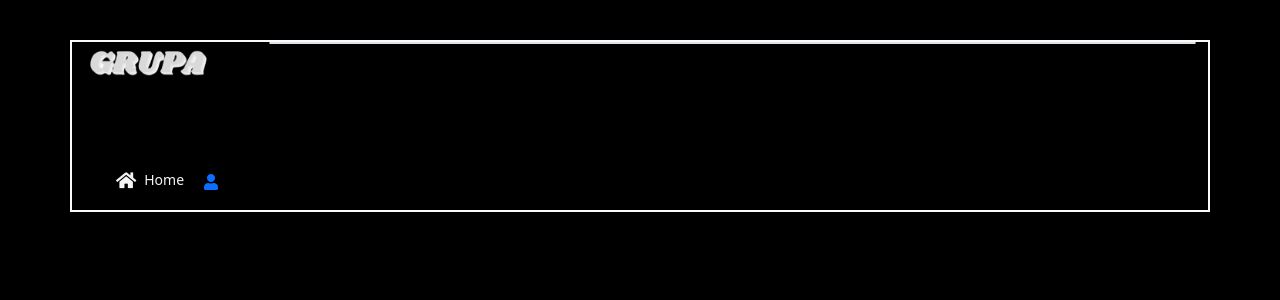
Repository: latenightsnacc/urban-pancake
Page: index.html
These files come from the project's save history. The page is drawn as it stood at one moment and after the next save; the edit follows.
The browser window is 1280 px wide. The pictures show the whole page.
Some web libraries are served in a nearby version.

Above is the page before, as saved 2021-04-30 14:20:46.

### index.html
<!DOCTYPE html>
<html lang="en">
<head>
    <meta charset="UTF-8">
    <meta http-equiv="X-UA-Compatible" content="IE=edge">
    <meta name="viewport" content="width=device-width, initial-scale=1.0">
    <!--Tailwind Css-->
    <link href="https://unpkg.com/tailwindcss@^2/dist/tailwind.min.css" rel="stylesheet">
    <!--Bootstrap CSS-->
    <link href="https://cdn.jsdelivr.net/npm/bootstrap@5.0.0-beta3/dist/css/bootstrap.min.css" rel="stylesheet" integrity="sha384-eOJMYsd53ii+scO/bJGFsiCZc+5NDVN2yr8+0RDqr0Ql0h+rP48ckxlpbzKgwra6" crossorigin="anonymous">
    <!--Font Awesome 5 CDN-->
    <link href="https://cdnjs.cloudflare.com/ajax/libs/font-awesome/5.13.0/css/all.min.css" rel="stylesheet">
    <!--Material Icons-->
    <link href="https://fonts.googleapis.com/css?family=Material+Icons|Material+Icons+Outlined|Material+Icons+Two+Tone|Material+Icons+Round|Material+Icons+Sharp" rel="stylesheet">
    <!--Google Font-->
    <link rel="preconnect" href="https://fonts.gstatic.com">
    <link href="https://fonts.googleapis.com/css2?family=Archivo:wght@400;700&display=swap" rel="stylesheet">
    <title>GRUPA</title>
</head>
<body class="bg-black pt-10">
    <main class="container border-2 border-gray-50">
        <div class="w-full flex flex-row">
            <div class="w-1/6">
                <a href="index.html">
                    <div class="h-32 w-32">
                        <img class="w-full" src="./assets/logo/LOGO-shadow.png" >
                    </div>
                </a>
                <ul class="flex flex-row">
                    <li class="mr-5">
                        <a href="index.html" class="flex flex-row items-center text-lg text-gray-100 no-underline">
                            <i class="fas fa-home"></i>
                            <span class="ml-2 hidden md:block capitalize text-sm">home</span>
                        </a>
                    </li>
                    <li>
                        <a href="#">
                            <i class="fas fa-user"></i>
                        </a>
                    </li>
                </ul>
            </div>
            <div class="w-5/6">
            <div class="border rounded-lg">
                <img src="" alt="">
            </div>
            </div>
        </div>
    </main>

    <!--bootstrap JS-->
    <script src="https://cdn.jsdelivr.net/npm/bootstrap@5.0.0-beta3/dist/js/bootstrap.bundle.min.js" integrity="sha384-JEW9xMcG8R+pH31jmWH6WWP0WintQrMb4s7ZOdauHnUtxwoG2vI5DkLtS3qm9Ekf" crossorigin="anonymous"></script>
</body>
</html>

After the next save:
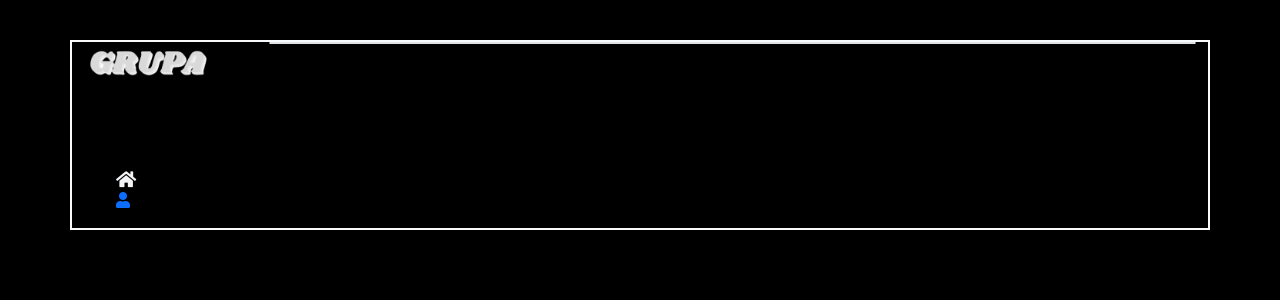
Saved 7 min 27 s later.
--- a/index.html
+++ b/index.html
@@ -26,11 +26,11 @@
                         <img class="w-full" src="./assets/logo/LOGO-shadow.png" >
                     </div>
                 </a>
-                <ul class="flex flex-row">
+                <ul class="flex flex-col">
                     <li class="mr-5">
                         <a href="index.html" class="flex flex-row items-center text-lg text-gray-100 no-underline">
                             <i class="fas fa-home"></i>
-                            <span class="ml-2 hidden md:block capitalize text-sm">home</span>
+                            <!-- <span class="ml-2 hidden md:block capitalize text-sm">home</span> -->
                         </a>
                     </li>
                     <li>
